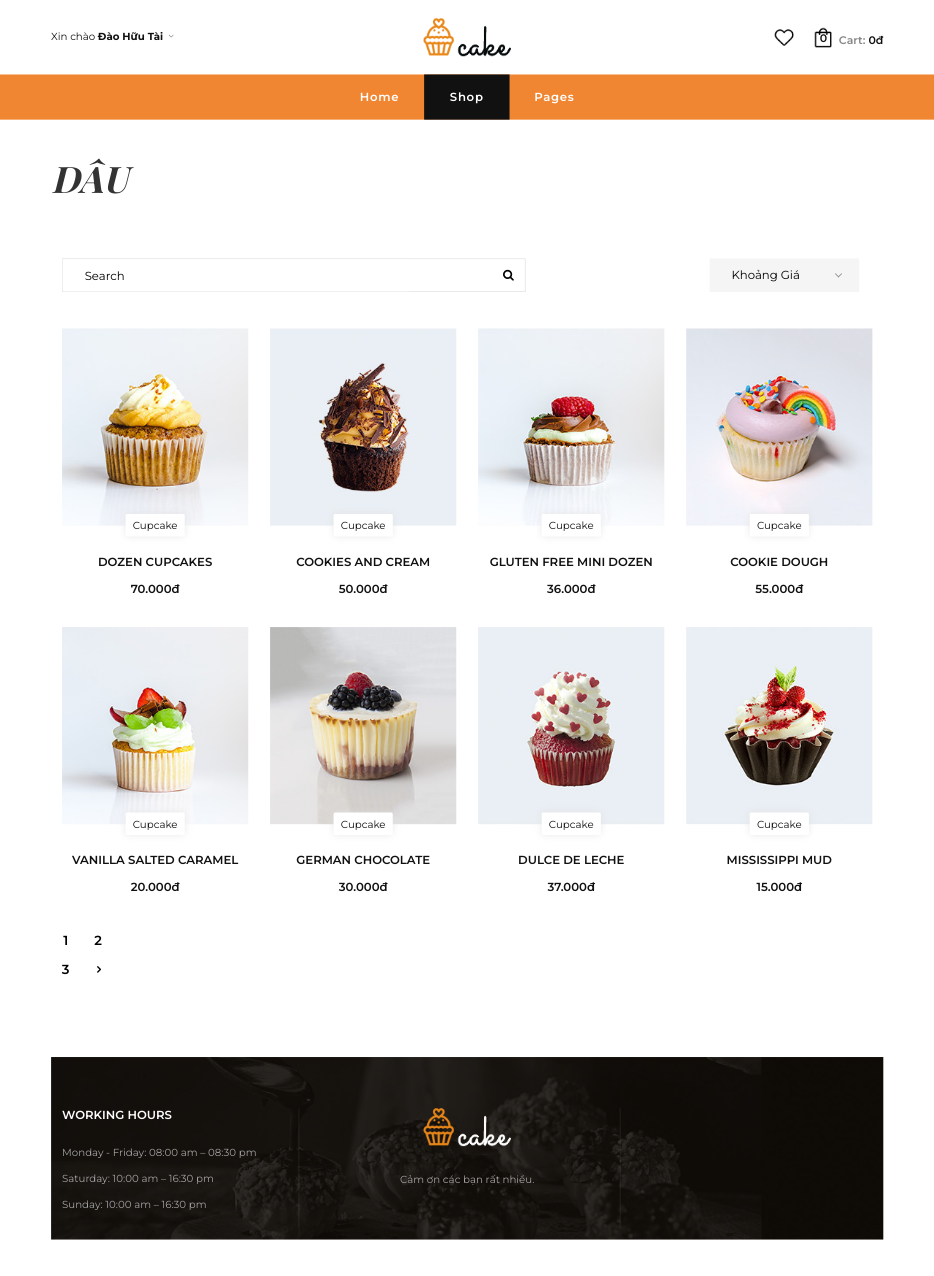
Repository: nhanto2n-byte/Nhom10ChieuThu3
Page: ProjectWeb/cake-main/shop-dau.html
An editor plug-in stored every save of this project. The page is shown before and after the next save, followed by the edit.
The browser window is 1280 px wide. The pictures show the whole page, at 73% of full size.

Above is the page before, as saved 2025-11-03 22:02:39.

After the next save:
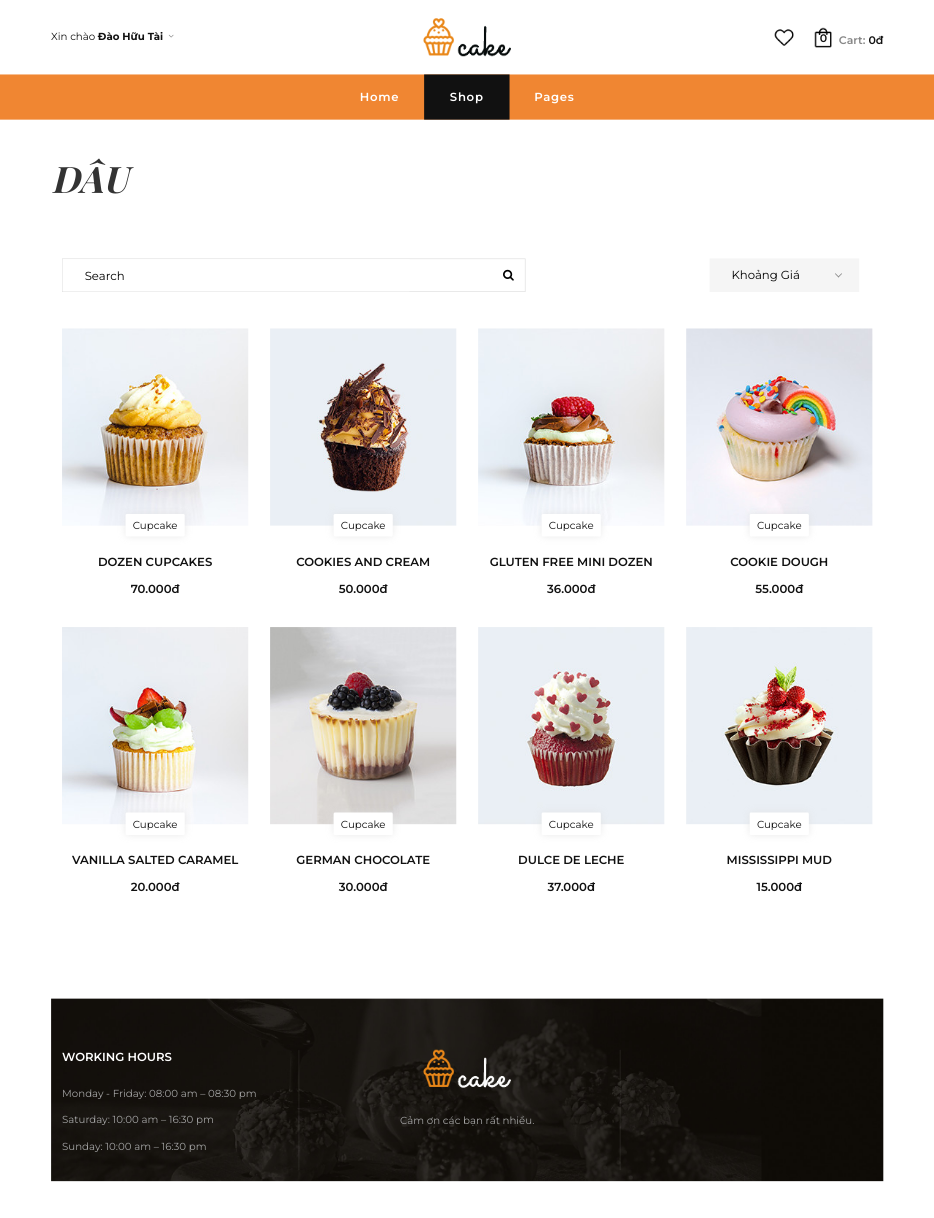
Saved 17 s later.
--- a/ProjectWeb/cake-main/shop-dau.html
+++ b/ProjectWeb/cake-main/shop-dau.html
@@ -388,23 +388,7 @@ button:hover {
                 </div>
 
 
-            <div class="shop__last__option">
-                <div class="row">
-                    <div class="col-lg-6 col-md-6 col-sm-6">
-                        <div class="shop__pagination">
-                            <a href="#">1</a>
-                            <a href="#">2</a>
-                            <a href="#">3</a>
-                            <a href="#"><span class="arrow_carrot-right"></span></a>
-                        </div>
-                    </div>
-                    <div class="col-lg-6 col-md-6 col-sm-6">
-                        <div class="shop__last__text">
-
-                        </div>
-                    </div>
-                </div>
-            </div>
+
         </div>
     </section>
     <!-- Shop Section End -->
